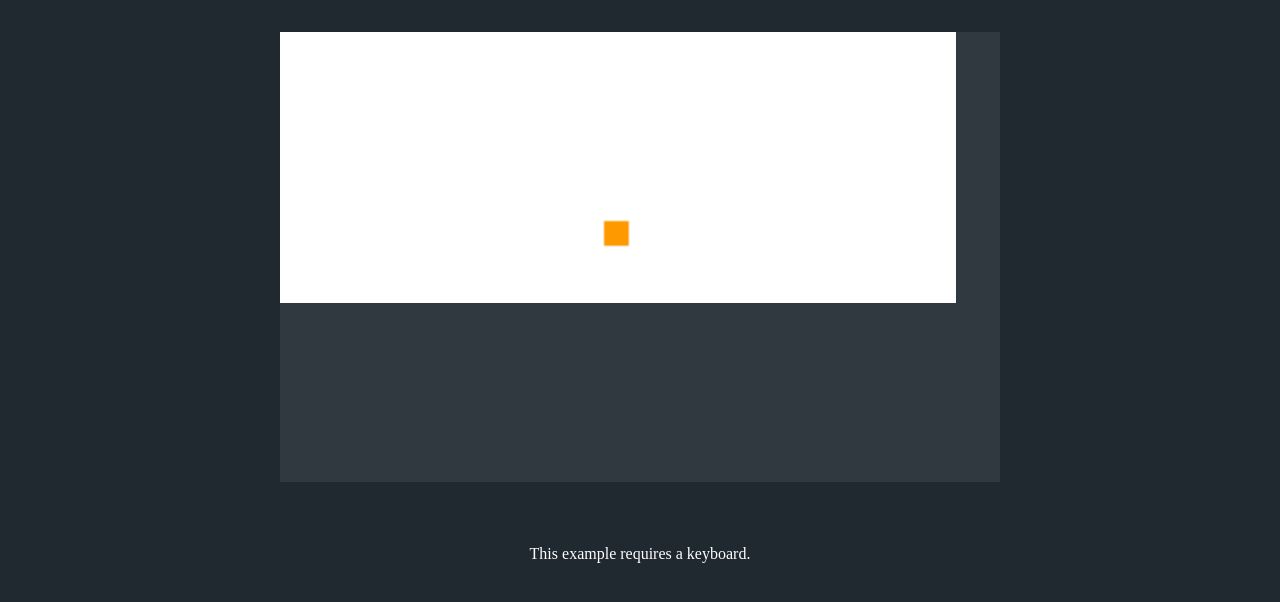
Repository: jh0l/WorldsHardestGame
Page: index.html
An editor plug-in stored every save of this project. The page is shown before and after the next save, followed by the edit.
The browser window is 1280 px wide. The pictures show the whole page.

Above is the page before, as saved 2018-07-19 00:27:27.

### index.html
<html>

<head>

	<meta name="viewport" content="width=device-width">
	<link href="src/index.css" rel="stylesheet" type="text/css">

	<title>PoP Vlog - Top Down Tiles</title>

</head>

<body>

	<canvas></canvas>

	<p>This example requires a keyboard.</p>

	<script src="src/index.js" type="text/javascript"></script>

</body>

</html>

### src/index.css
* {
  box-sizing: border-box;
  margin: 0;
  padding: 0;
}

html {
  height: 100%;
  width: 100%;
}

body {
  align-content: space-around;
  background-color: #202830;
  color: #ffffff;
  display: grid;
  grid-template-columns: auto;
  grid-template-rows: auto auto auto auto;
  height: 100%;
  justify-content: space-around;
  text-align: center;
  width: 100%;
}

canvas {
  background-color: #303840;
  justify-self: center;
}

### src/index.js
(function() {
  "use strict";

  var controller, display, game;

  controller = {
    down: false,
    left: false,
    right: false,
    up: false,

    keyUpDown: function(event) {
      var key_state = event.type == "keydown" ? true : false;

      switch (event.keyCode) {
        case 65:
          controller.left = key_state;
          break; // left key
        case 87:
          controller.up = key_state;
          break; // up key
        case 68:
          controller.right = key_state;
          break; // right key
        case 83:
          controller.down = key_state;
          break; // down key
      }
    }
  };
  const tileValColor = (val, index) => {
    if (val !== 0) {
      return index % 2 === 0 ? "#e6e6ff" : "#fff";
    }
    return "#b4b5fe";
  };
  display = {
    buffer: document.createElement("canvas").getContext("2d"),
    context: document.querySelector("canvas").getContext("2d"),
    output: document.querySelector("p"),

    render: function() {
      for (let index = game.world.map.length - 1; index > -1; --index) {
        this.buffer.fillStyle = tileValColor(game.world.map[index]);
        this.buffer.fillRect(
          (index % game.world.columns) * game.world.tile_size,
          Math.floor(index / game.world.columns) * game.world.tile_size,
          game.world.tile_size,
          game.world.tile_size
        );
      }

      this.buffer.fillStyle = game.player.color;
      this.buffer.fillRect(
        game.player.x,
        game.player.y,
        game.player.width,
        game.player.height
      );

      this.context.drawImage(
        this.buffer.canvas,
        0,
        0,
        this.buffer.canvas.width,
        this.buffer.canvas.height,
        0,
        0,
        this.context.canvas.width,
        this.context.canvas.height
      );
    },

    resize: function(event) {
      var client_height = document.documentElement.clientHeight;

      display.context.canvas.width = document.documentElement.clientWidth - 32;

      if (display.context.canvas.width > client_height) {
        display.context.canvas.width = client_height;
      }

      display.context.canvas.height = Math.floor(
        display.context.canvas.width * 0.625
      );

      display.render();
    }
  };
  const playerSize = 11;
  game = {
    /* This is the player object. Make sure to note that for this collision method
    to work, you must record the current and last positions of your game objects
    to use in collision detection. It is used to calculate the vector used to determine
    if an object is entering into a collision tile and from what side. */
    player: {
      color: "#ff9900",
      height: playerSize,
      old_x: 160, // these are what you should take note of. Don't worry, it's useful
      old_y: 160, // to keep track of old positions for many physics methods. These aren't one trick pony's.
      speed: 3,
      velocity_x: 0,
      velocity_y: 0,
      width: playerSize,
      x: 160 - 16,
      y: 100 - 16,

      // These functions just make it easy to read the collision code
      get bottom() {
        return this.y + this.height;
      },
      get oldBottom() {
        return this.old_y + this.height;
      },
      get left() {
        return this.x;
      }, // kind of pointless, but used
      get oldLeft() {
        return this.old_x;
      }, // to help visualize the collision methods
      get right() {
        return this.x + this.width;
      },
      get oldRight() {
        return this.old_x + this.width;
      },
      get top() {
        return this.y;
      }, // equally pointless as left side calculations
      get oldTop() {
        return this.old_y;
      }
    },

    world: {
      map: []
      // the routing functions below with matching numbers

      // represent these tiles and route their values to
      // the collision methods you might expect based on their names
    },

    /* This object is responsible for getting the collision methods that match
    tile values in the map. It uses what I call routing functions to group reusable
    narrow phase collision methods together to create a variety of different tile
    boundary shapes. You can get the same effect with an array of routing functions rather
    than giving an object's routing functions numeric indexes, if you prefer. It might be faster. */
    collision: {
      // top wall collision tile
      1: function(object, row, column) {
        // The player hits the bottom of ceiling tiles.
        this.bottomCollision(object, row);
      },

      // left wall collision tile
      2: function(object, row, column) {
        this.rightCollision(object, column);
      },

      // right wall collision tile
      3: function(object, row, column) {
        // The player collides with the left side of a wall on the right of the map.
        this.leftCollision(object, column); // Confusing to visualize, but true.
      },

      // bottom wall collision tile
      4: function(object, row, column) {
        this.topCollision(object, row);
      },

      // block tile with four walls
      5: function(object, row, column) {
        /* It makes sense to test the most likely side to be collided with first.
        In a top down game, all sides are hit about the same number of times, depending
        on gameplay, but in a side scroller with downward pulling gravity, the tops of
        tiles will usually get the most traffic, so it makes sense to test the tops
        first in those scenarios. */
        if (this.topCollision(object, row)) {
          return;
        } // Make sure to early out
        if (this.leftCollision(object, column)) {
          return;
        } // if a collision is detected.
        if (this.rightCollision(object, column)) {
          return;
        }
        this.bottomCollision(object, row); // No need to early out on the last check.
      },
      // left and right only
      6: function(object, row, column) {
        if (this.leftCollision(object, column)) {
          return;
        }
        this.rightCollision(object, column);
      },
      // left, right and bottom only
      7: function(object, row, column) {
        if (this.leftCollision(object, column)) {
          return;
        }
        if (this.rightCollision(object, column)) {
          return;
        }
        this.bottomCollision(object, row); // No need to early out on the last check.
      },
      //left right and top only
      8: function(object, row, column) {
        if (this.leftCollision(object, column)) {
          return;
        }
        if (this.rightCollision(object, column)) {
          return;
        }
        this.topCollision(object, row); // No need to early out on the last check.
      },
      //left and top
      9: function(object, row, column) {
        if (this.leftCollision(object, column)) {
          return;
        }
        this.topCollision(object, row); // No need to early out on the last check.
      },
      //bottom and right
      a: function(object, row, column) {
        if (this.rightCollision(object, column)) {
          return;
        }
        this.bottomCollision(object, row); // No need to early out on the last check.
      },

      /* Here are the narrow phase collision detection and response functions.
      For a deeper insight into how these work, and what's going on, I'm using
      leftCollision as an example. The principles I explain here apply to all
      of the other narrow phase collision methods. Note that they're basically
      doing the same thing, just for different flat sides of a tile. */
      leftCollision(object, column) {
        /* To calculate the player's movement vector, I'm no longer using its velocity (like in the last tutorial).
        Instead, I'm going to calculate it based on it's current and last positions.
        the old way was if (object.velocity_x > 0), now it's if (object.x - object.old_x > 0).
        This is a bit more reliable in my opinion, depending on how and when you calculate your velocity. */

        /* If the object is not moving right, how will it ENTER into the left side of a tile?
        If not moving right, the player can't possibly ENTER the left side of a tile.
        We are only concerned with resolving collisions objects ENTER into. If they are spawned
        inside a collision tile, it is not the collision manager's job to resolve that, it is
        the level designer's job to fix the level design so collision can be as efficient as possible. */
        if (object.x - object.old_x > 0) {
          // the left side of the specified tile column
          var left = column * game.world.tile_size;

          /* This tests to see if our object is ENTERING through the collision boundary
          along the correct movement vector. If its current position is past the boundary
          and its old position is before the boundary, we know that it has entered into collision with the tile. */
          if (object.right > left && object.oldRight <= left) {
            object.velocity_x = 0;
            object.x = object.old_x = left - object.width - 0.001;
            /* You really don't need to reset the player's old position here if you are
            setting it at the start of each game loop, but if you are using a fixed time step
            game loop with interpolation, it will make your collisions look more pixel perfect.
            The reason for this is because with interpolation, your player may be drawn slightly
            away from the wall he just collided with on the next frame of animation depending on
            how much time has passed. So, you don't need to do this, but it doesn't hurt. It may
            be a problem if you end up changing old positions for player to player collisions as well,
            however, because old positions are used to calculate vectors for tile collision.
            Just make sure changing old positions are the last thing you do before the next frame,
            and you should be fine. */

            return true;
          }
        }

        return false;
      },

      rightCollision(object, column) {
        if (object.x - object.old_x < 0) {
          // the right side of the specified tile column
          var right = (column + 1) * game.world.tile_size;

          if (object.left < right && object.oldLeft >= right) {
            object.velocity_x = 0;
            object.old_x = object.x = right;

            return true;
          }
        }

        return false;
      },

      bottomCollision(object, row) {
        // if the object is moving up
        if (object.y - object.old_y < 0) {
          var bottom = (row + 1) * game.world.tile_size;

          if (object.top < bottom && object.oldTop >= bottom) {
            object.velocity_y = 0;
            object.old_y = object.y = bottom;
          }
        }
      },

      topCollision(object, row) {
        // if the object is moving down
        if (object.y - object.old_y > 0) {
          // the top side of the specified tile row
          var top = row * game.world.tile_size;

          // if the object has passed through the tile boundary since the last game cycle
          if (object.bottom > top && object.oldBottom <= top) {
            object.velocity_y = 0;
            object.old_y = object.y = top - object.height - 0.01;

            return true;
          }
        }

        return false;
      }
    },

    // The game loop:
    loop: function() {
      // Get controller input and move that player object!
      if (controller.down) {
        game.player.velocity_y += game.player.speed;
      }

      if (controller.up) {
        game.player.velocity_y -= game.player.speed;
      }

      if (controller.left) {
        game.player.velocity_x -= game.player.speed;
      }

      if (controller.right) {
        game.player.velocity_x += game.player.speed;
      }

      // Update the player object:
      game.player.old_x = game.player.x; // Set the old position to the current position
      game.player.old_y = game.player.y; // before we update the current position, thus making it current

      game.player.x += game.player.velocity_x; // Update the current position
      game.player.y += game.player.velocity_y;

      // Do collision detection and response with the boundaries of the screen.
      // if (game.player.x < 0) {
      //   game.player.velocity_x = 0;
      //   game.player.old_x = game.player.x = 0;
      // } else if (
      //   game.player.x + game.player.width >
      //   display.buffer.canvas.width
      // ) {
      //   game.player.velocity_x = 0;
      //   game.player.old_x = game.player.x =
      //     display.buffer.canvas.width - game.player.width - 0.001;
      //   /* I added that - 0.001 to the equation to really push the player object back into
      //   the game world. If the edge of the world is 320 px, and you set the right edge of
      //   the player obect to 320, technically its tile position will be 1 tile to the right of
      //   the edge of the world when calculated. Say there are 10 columns in the map, and each
      //   tile is 32 pixels wide. 320/32 is 10, but since our map index starts at 0, a value of 10
      //   falls outside of the map's number of columns. Failing to handle this can result in
      //   testing collision on tiles in another row, or tiles at undefined positions in the map array.*/
      // }

      if (game.player.y < 0) {
        game.player.velocity_y = 0;
        game.player.old_y = game.player.y = 0;
      } else if (
        game.player.y + game.player.height >
        display.buffer.canvas.height
      ) {
        game.player.velocity_y = 0;
        game.player.old_y = game.player.y =
          display.buffer.canvas.height - game.player.height - 0.001;
      }

      /* Here is where we do broadphase collision detection with the four corners of
      our player object. This is very important. In the last tutorial the player only
      had 1 collision registration point. Collision was simple, then. Now, it's just as
      simple, but we need to do it for each corner of our player object. */

      /* Once again, there's no point of testing collision if we're not moving. depending
      on which direction we are moving we must test different collision registration points
      on our player. For instance, if he is moving left, we test the points on his left side: */
      if (game.player.x - game.player.old_x < 0) {
        // test collision on left side of player if moving left

        /* There are much more efficient ways to write this code without repeating
        variable names and this big monsterous block of if statements, but I thought it
        would be good to have specific variable names and less abstraction so you can
        get an idea of what's going on. */
        var left_column = Math.floor(game.player.left / game.world.tile_size);
        var bottom_row = Math.floor(game.player.bottom / game.world.tile_size);
        var value_at_index =
          game.world.map[bottom_row * game.world.columns + left_column];

        if (value_at_index != 0) {
          // Check the bottom left point

          game.collision[value_at_index](game.player, bottom_row, left_column);
          display.output.innerHTML =
            "last tile collided with: " + value_at_index;
        }

        var top_row = Math.floor(game.player.top / game.world.tile_size);
        value_at_index =
          game.world.map[top_row * game.world.columns + left_column];

        if (value_at_index != 0) {
          // Check the top left point

          game.collision[value_at_index](game.player, top_row, left_column);
          display.output.innerHTML =
            "last tile collided with: " + value_at_index;
        }
      } else if (game.player.x - game.player.old_x > 0) {
        // Is the player moving right?

        var right_column = Math.floor(game.player.right / game.world.tile_size);
        var bottom_row = Math.floor(game.player.bottom / game.world.tile_size);
        var value_at_index =
          game.world.map[bottom_row * game.world.columns + right_column];

        if (value_at_index != 0) {
          // Check the bottom right point

          game.collision[value_at_index](game.player, bottom_row, right_column);
          display.output.innerHTML =
            "last tile collided with: " + value_at_index;
        }

        var top_row = Math.floor(game.player.top / game.world.tile_size);
        value_at_index =
          game.world.map[top_row * game.world.columns + right_column];

        if (value_at_index != 0) {
          // Check the top right point

          game.collision[value_at_index](game.player, top_row, right_column);
          display.output.innerHTML =
            "last tile collided with: " + value_at_index;
        }
      }

      if (game.player.y - game.player.old_y < 0) {
        var left_column = Math.floor(game.player.left / game.world.tile_size);
        var top_row = Math.floor(game.player.top / game.world.tile_size);
        var value_at_index =
          game.world.map[top_row * game.world.columns + left_column];

        if (value_at_index != 0) {
          // Check the top left point

          game.collision[value_at_index](game.player, top_row, left_column);
          display.output.innerHTML =
            "last tile collided with: " + value_at_index;
        }

        var right_column = Math.floor(game.player.right / game.world.tile_size);
        value_at_index =
          game.world.map[top_row * game.world.columns + right_column];

        if (value_at_index != 0) {
          // Check the top right point

          game.collision[value_at_index](game.player, top_row, right_column);
          display.output.innerHTML =
            "last tile collided with: " + value_at_index;
        }
      } else if (game.player.y - game.player.old_y > 0) {
        var left_column = Math.floor(game.player.left / game.world.tile_size);
        var bottom_row = Math.floor(game.player.bottom / game.world.tile_size);
        var value_at_index =
          game.world.map[bottom_row * game.world.columns + left_column];

        if (value_at_index != 0) {
          // Check the bottom left point

          game.collision[value_at_index](game.player, bottom_row, left_column);
          display.output.innerHTML =
            "last tile collided with: " + value_at_index;
        }

        var right_column = Math.floor(game.player.right / game.world.tile_size);
        value_at_index =
          game.world.map[bottom_row * game.world.columns + right_column];

        if (value_at_index != 0) {
          // Check the bottom right point

          game.collision[value_at_index](game.player, bottom_row, right_column);
          display.output.innerHTML =
            "last tile collided with: " + value_at_index;
        }
      }

      game.player.velocity_x = 0;
      game.player.velocity_y = 0;

      display.render();

      window.requestAnimationFrame(game.loop);
    }
  };

  display.buffer.canvas.height = 200;
  display.buffer.canvas.width = 320;

  window.addEventListener("resize", display.resize);
  window.addEventListener("keydown", controller.keyUpDown);
  window.addEventListener("keyup", controller.keyUpDown);

  display.resize();
  // 1s are ceiling tiles
  // 2s and 3s are right and left wall tiles
  // 5 is a solid block/box tile
  // 4 is a floor tile
  const mapStr = `
11111000000001111111
2000311111111a000003
20006000000000080003
20006000000000060003
20006000000000060003
20007000000000060003
20000094444444420003
14444410000000014441
`;
  const map = mapStr
    .slice(1, -1)
    .replace(/\n/g, "")
    .split("");
  game.world = Object.assign(game.world, {
    columns: mapStr.split("\n")[1].length,
    rows: 5,
    tile_size: 15,
    map
  });
  game.loop();
})();

After the next save:
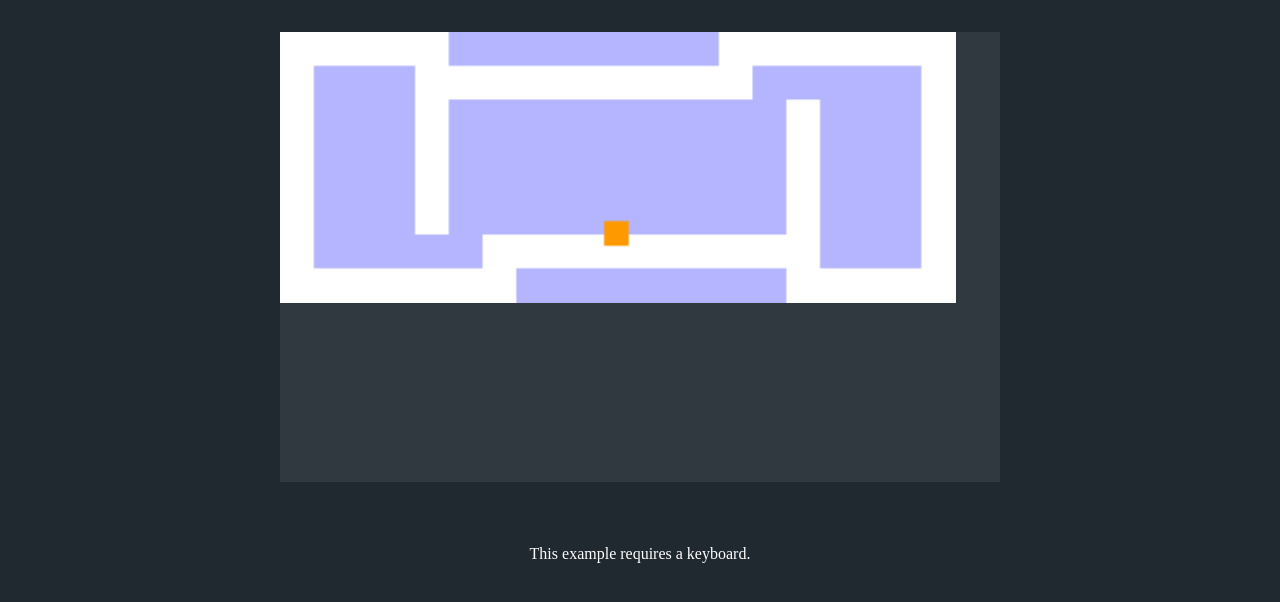
Saved 31 s later.
--- a/src/index.js
+++ b/src/index.js
@@ -29,7 +29,7 @@
     }
   };
   const tileValColor = (val, index) => {
-    if (val !== 0) {
+    if (val !== '0') {
       return index % 2 === 0 ? "#e6e6ff" : "#fff";
     }
     return "#b4b5fe";
